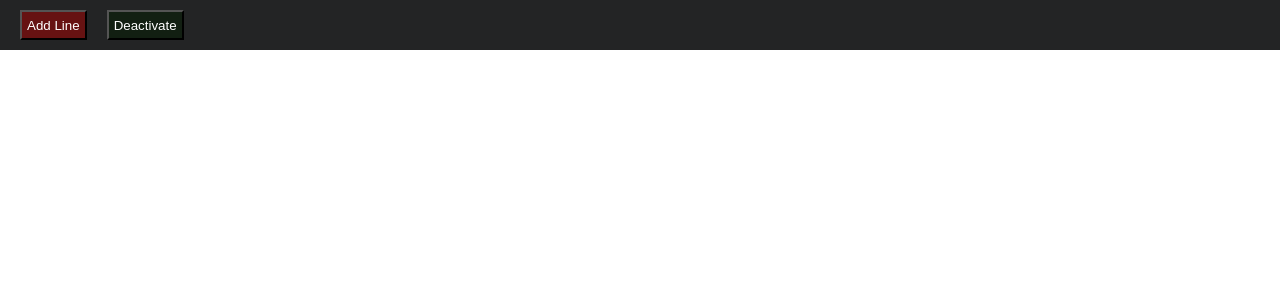
Repository: mykamla/MyJSproj
Page: fabric/index.html
These files come from the project's save history. The page is drawn as it stood at one moment and after the next save; the edit follows.
The browser window is 1280 px wide. The pictures show the whole page.

Above is the page before, as saved 2022-12-26 15:34:33.

After the next save:
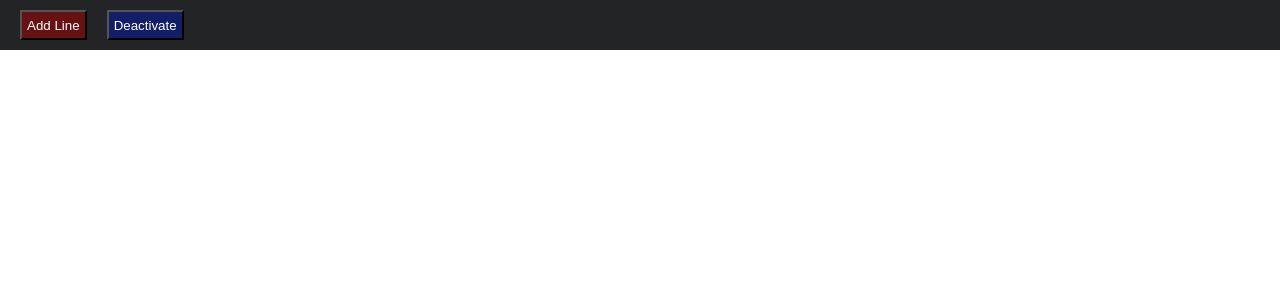
Saved 4 s later.
--- a/fabric/style.css
+++ b/fabric/style.css
@@ -37,7 +37,7 @@
 }
 
 #deactivate-adding-shape {
-    background-color: rgb(18, 31, 18);
+    background-color: rgb(18, 31, 102);
 }
 
 #deactivate-adding-shape:hover {
